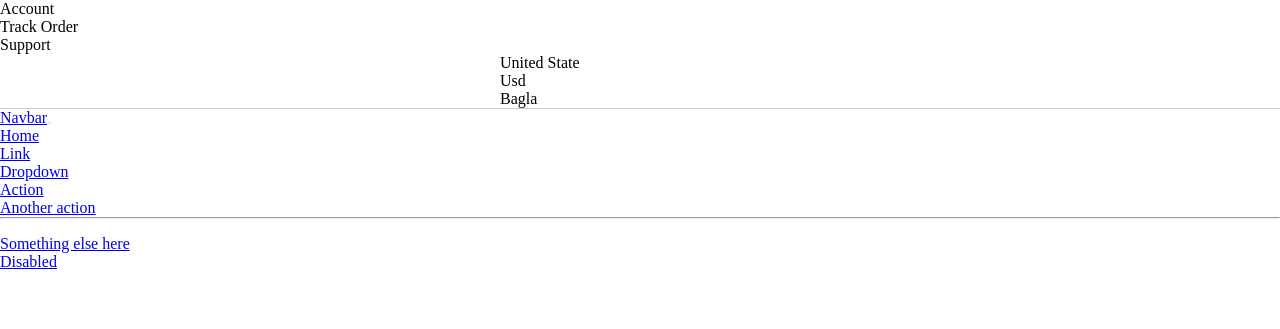
Repository: AbdulRehman787/shopo_ecommerce_web
Page: /
The author's editor kept a copy of each file at every save. The page is drawn from the files as they stood at one save, then again after a run of saves.
The browser window is 1280 px wide. The pictures show the whole page.
The project was rebuilt for these pictures with package versions that can differ from the ones it lists, and the page was loaded fresh each time. Also part of the build but not shown: src/Pages/AboutUs.js, src/Pages/Blog.js, src/Pages/Contact.js.

Above is the page before, as saved 2023-11-27 17:59:05.

After the next 2 saves:
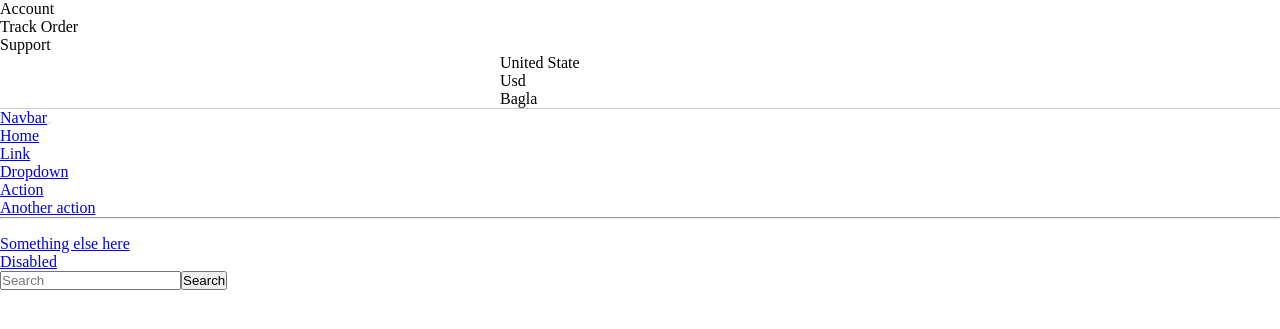
The 2 saves are shown as one change because they came seconds apart.
The last was saved 12 s later.
--- a/src/Components/Header/Navbar.js
+++ b/src/Components/Header/Navbar.js
@@ -3,7 +3,6 @@
 const Navbar = () => {
   return (
     <>
-    <div className='container'>
     <nav class="navbar navbar-expand-lg navbar-light bg-light">
   <div class="container-fluid">
     <a class="navbar-brand" href="#">Navbar</a>
@@ -11,7 +10,6 @@
       <span class="navbar-toggler-icon"></span>
     </button>
     <div class="collapse navbar-collapse" id="navbarSupportedContent">
-
       <ul class="navbar-nav mx-auto mb-2 mb-lg-0">
         <li class="nav-item">
           <a class="nav-link active" aria-current="page" href="#">Home</a>
@@ -34,11 +32,13 @@
           <a class="nav-link disabled" href="#" tabindex="-1" aria-disabled="true">Disabled</a>
         </li>
       </ul>
-
+      <form class="d-flex">
+        <input class="form-control me-2" type="search" placeholder="Search" aria-label="Search" />
+        <button class="btn btn-outline-success" type="submit">Search</button>
+      </form>
     </div>
   </div>
 </nav>
-</div>
     </>
   )
 }

After the save that followed:
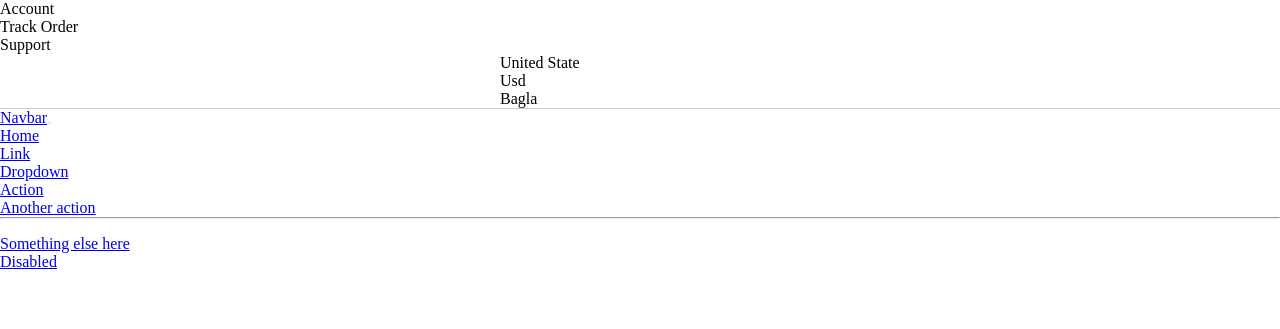
Saved 15 s later.
--- a/src/Components/Header/Navbar.js
+++ b/src/Components/Header/Navbar.js
@@ -32,10 +32,7 @@
           <a class="nav-link disabled" href="#" tabindex="-1" aria-disabled="true">Disabled</a>
         </li>
       </ul>
-      <form class="d-flex">
-        <input class="form-control me-2" type="search" placeholder="Search" aria-label="Search" />
-        <button class="btn btn-outline-success" type="submit">Search</button>
-      </form>
+
     </div>
   </div>
 </nav>
